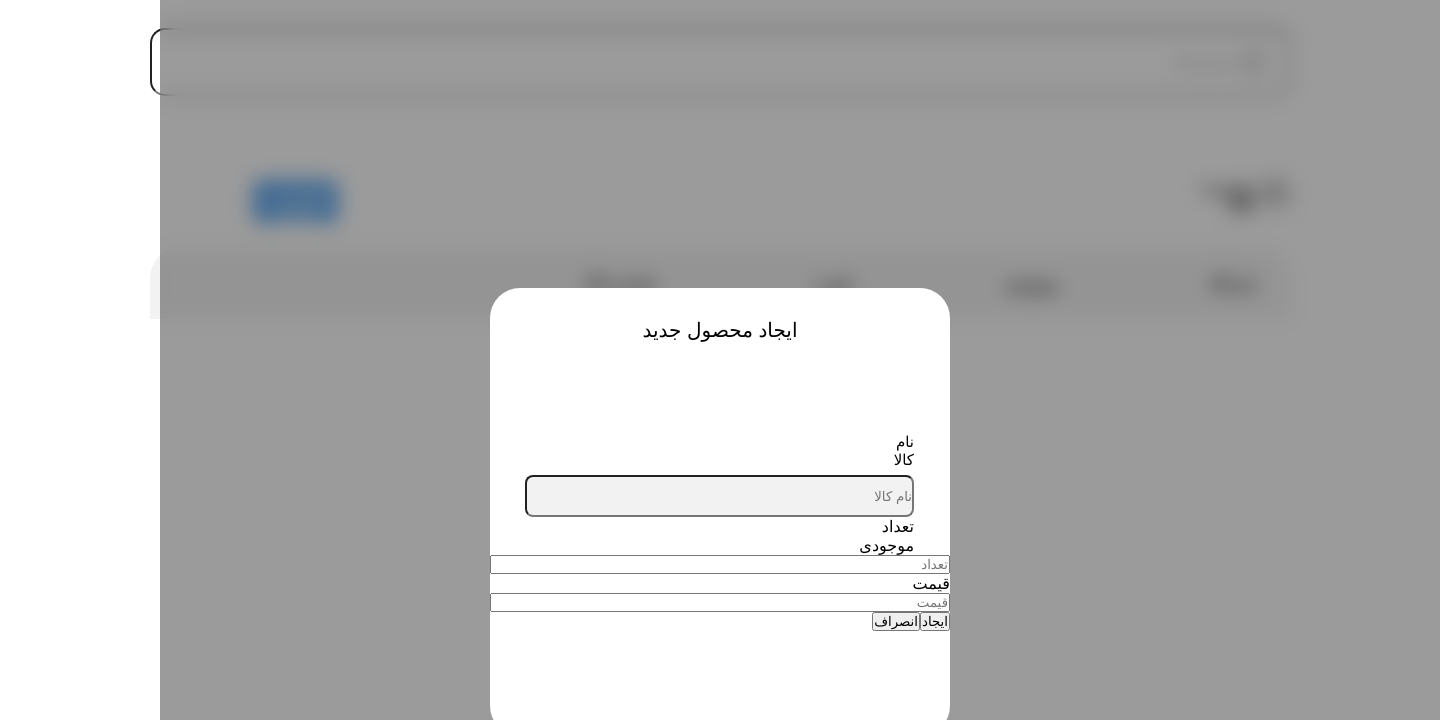
Repository: sobhan-rahimii/project-panel-admin-Next.Js
Page: /dashboard, after clicking the first element matching `button.Dashboard_7644c_addproduct`
An editor plug-in stored every save of this project. The page is shown before and after the next save, followed by the edit.
The browser window is 1280 px wide. The page is 1440 px wide, so the pictures cover 1440 px, including what lies to the right of the window. The pictures show the whole page.
The page's requests for data from a server got no answer. The project was rebuilt for these pictures with package versions that can differ from the ones it lists, and the page was loaded fresh each time. The framework's server and built-in components were replaced by stand-ins that run in the browser. No one was signed in, and anything a server would have sent is missing. Also part of the build but not shown: next.config.mjs.

Above is the page before, as saved 2025-09-01 15:43:15.

After the next save:
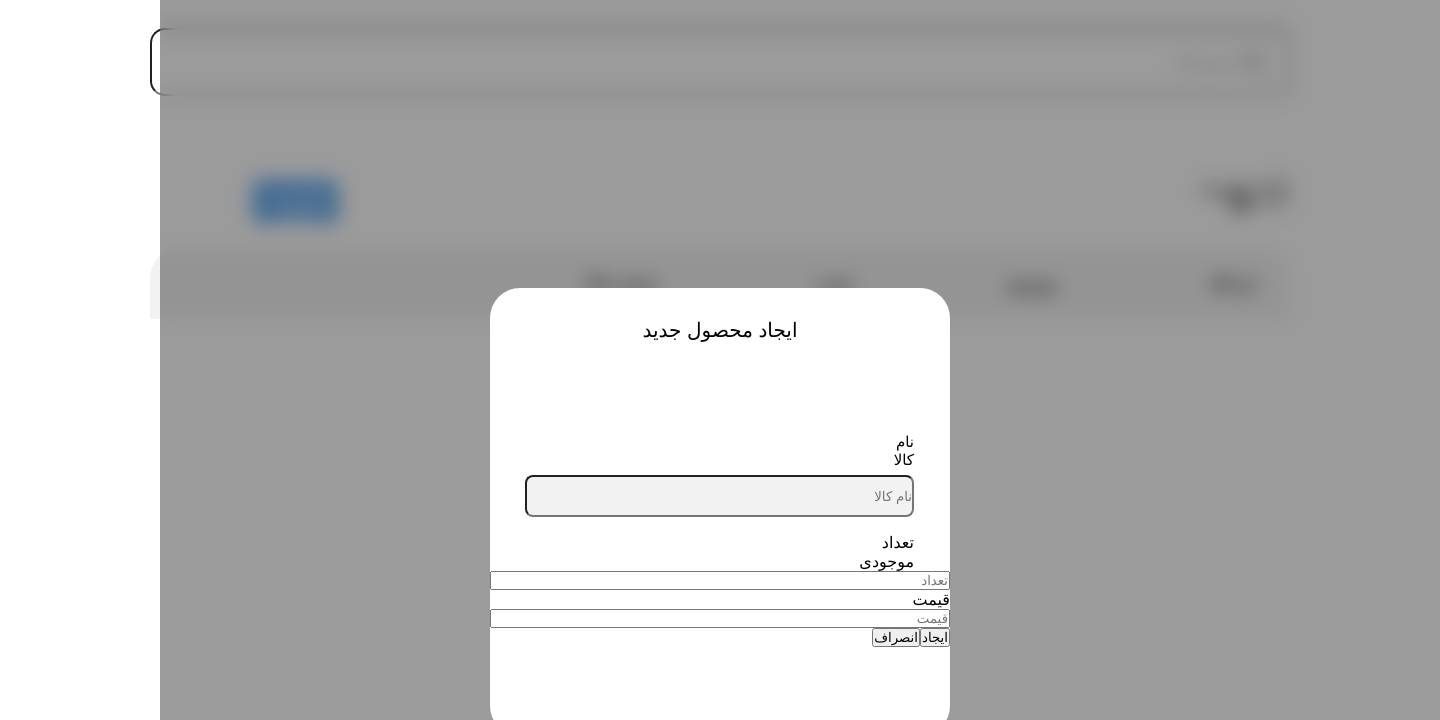
Saved 4 s later.
--- a/styles/AddProductModal.module.css
+++ b/styles/AddProductModal.module.css
@@ -53,6 +53,7 @@
 .label2{
     width: 81px;
     margin-right: 36px;
-    ma
+    margin-top: 16px;
+
 
 }
